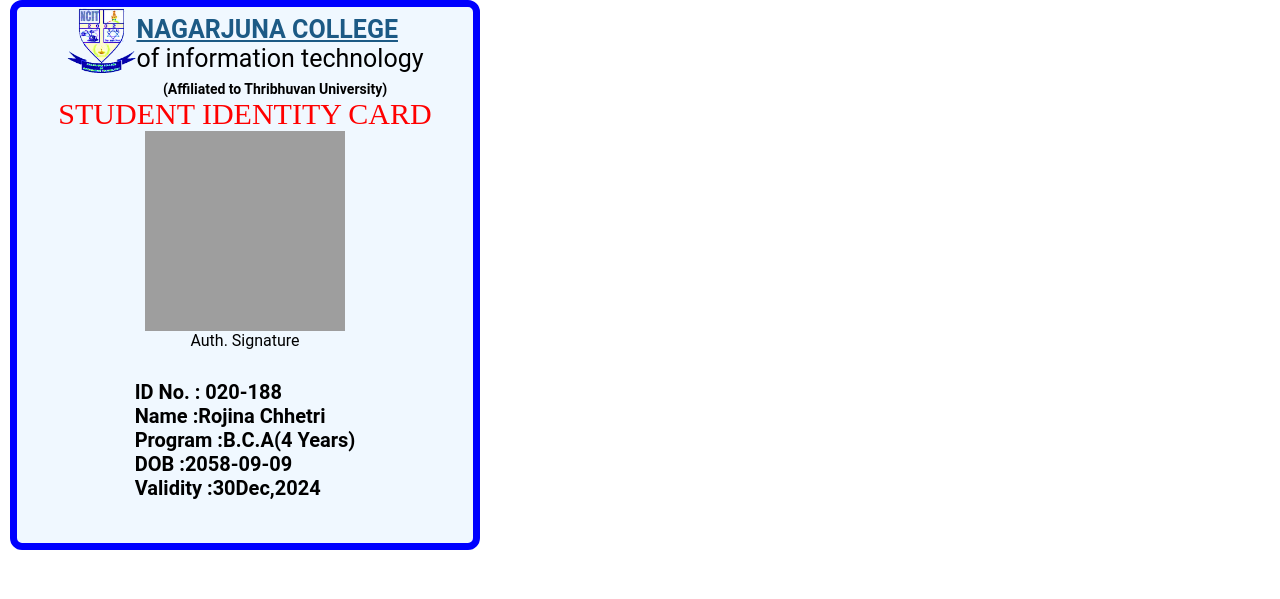
Repository: Rojinachhetri/roji
Page: rojina.html
An editor plug-in stored every save of this project. The page is shown before and after the next save, followed by the edit.
The browser window is 1280 px wide. The pictures show the whole page.
Pictures or frames that could not be fetched are drawn as grey boxes.

Above is the page before, as saved 2023-04-24 22:44:01.

After the next save:
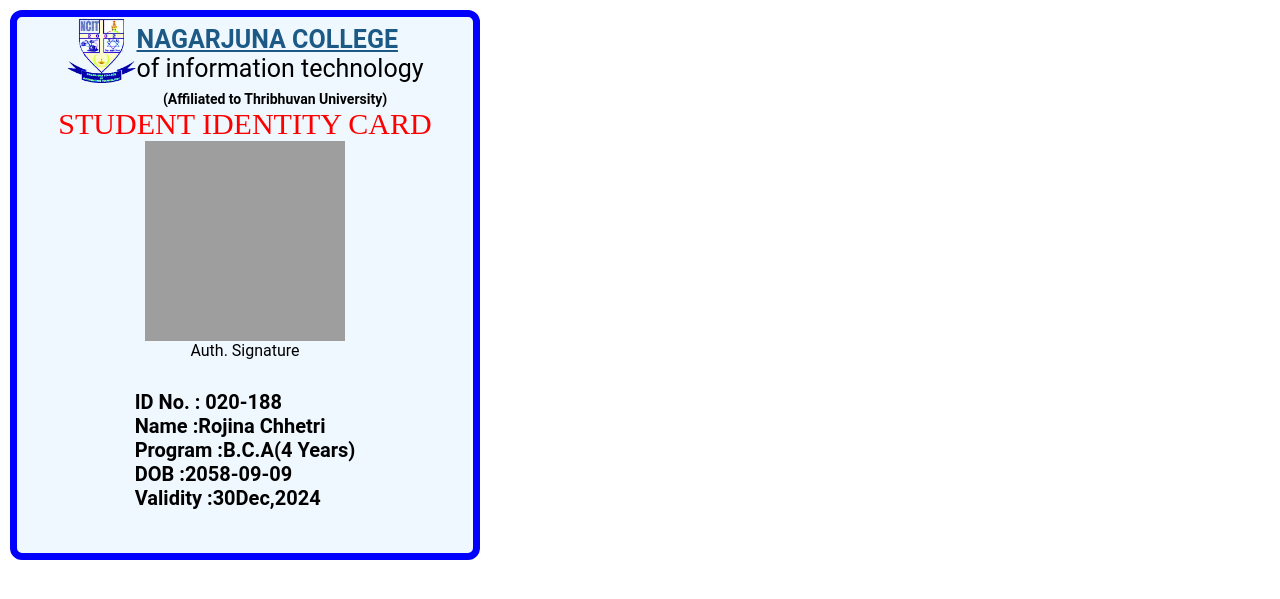
Saved 13 s later.
--- a/rojina.css
+++ b/rojina.css
@@ -13,7 +13,7 @@
         display: flex;
         flex-direction: column;
         align-items: center;
-        margin: 0px 10px;
+        margin: 10px 10px;
         padding: 0px 10px 10px 10px;
         border-radius: 12px 12px 12px 12px;
     }
